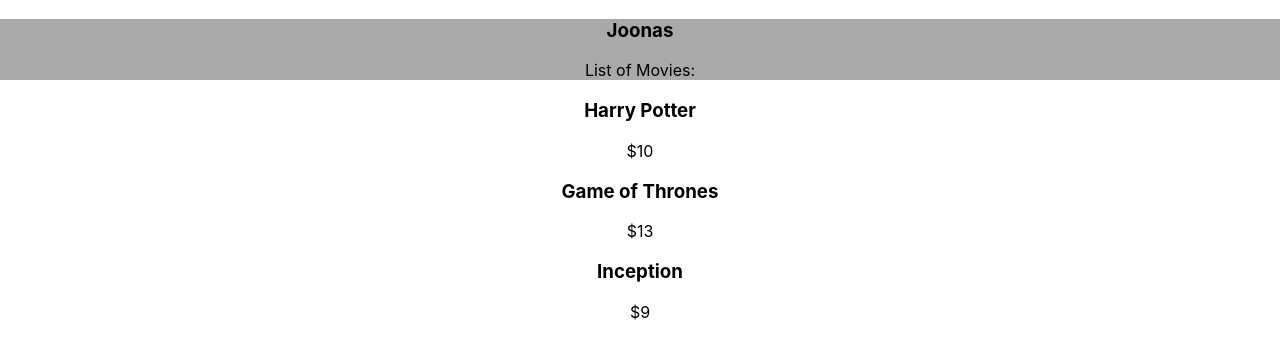
Repository: SubmergedSnake/react-usecontext
Page: /
The author's editor kept a copy of each file at every save. The page is drawn from the files as they stood at one save, then again after the next save.
The browser window is 1280 px wide. The pictures show the whole page.
The project was rebuilt for these pictures with package versions that can differ from the ones it lists, and the page was loaded fresh each time.

Above is the page before, as saved 2020-11-21 18:30:21.

After the next save:
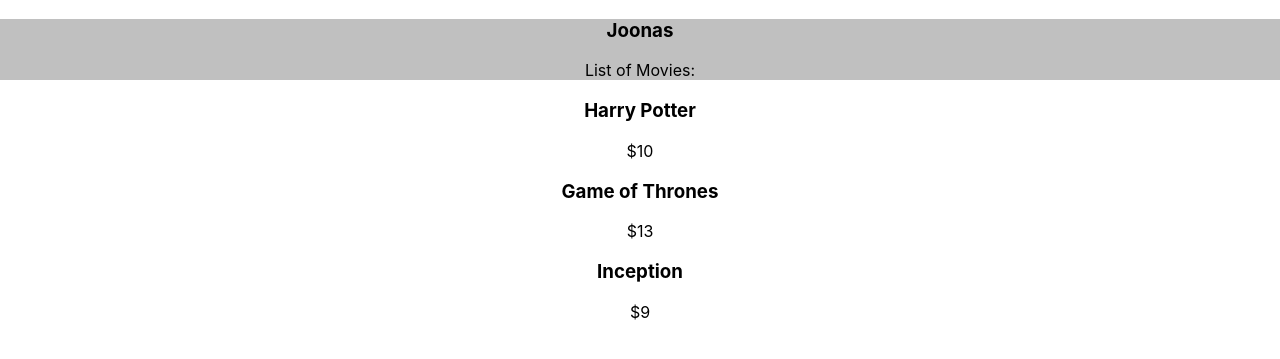
Saved 8 s later.
--- a/src/Nav.js
+++ b/src/Nav.js
@@ -1,7 +1,7 @@
 import React from 'react';
 
 const navStyle = {
-    background: 'darkgrey',
+    background: 'silver',
   };
 
 
